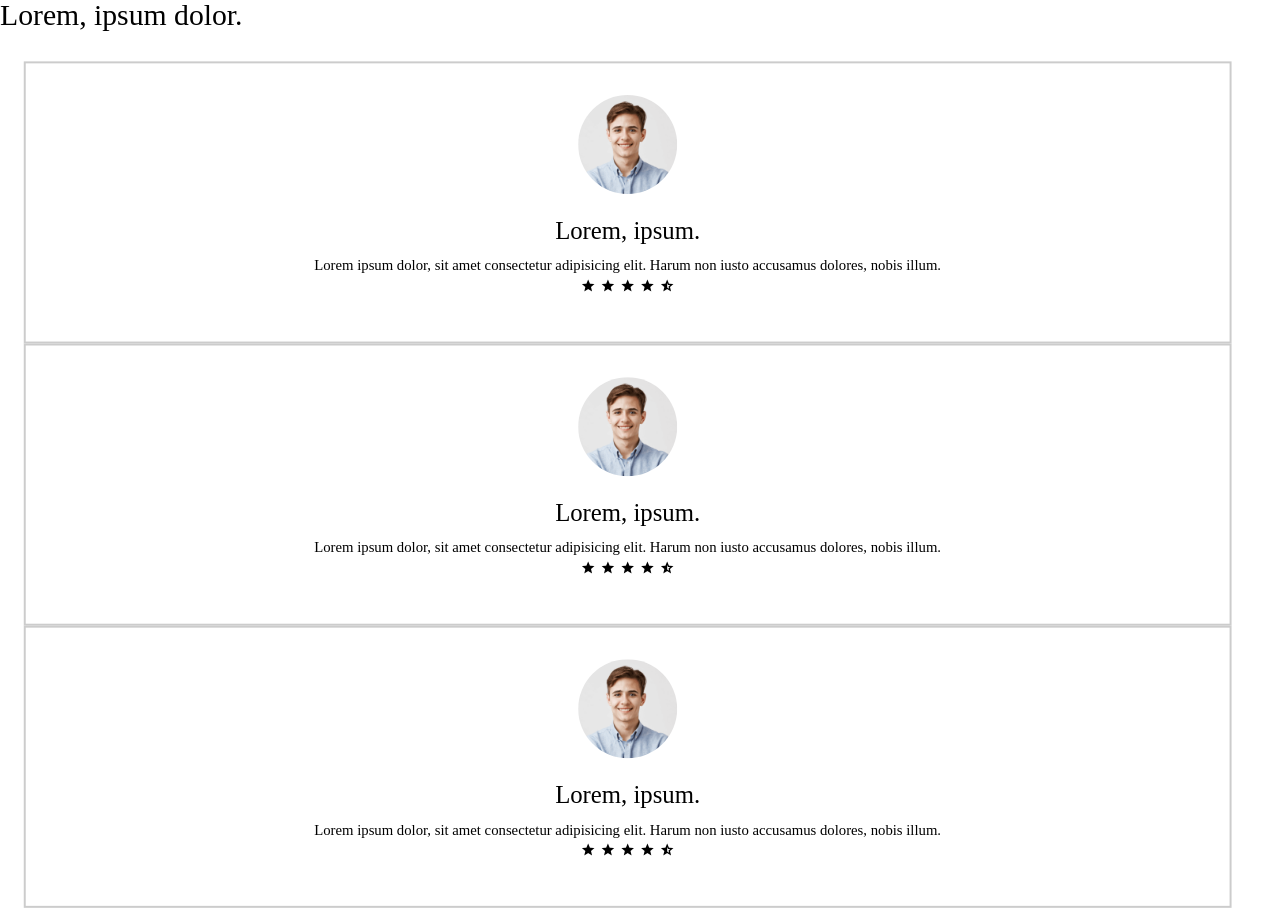
Repository: dinhhaidh/slider-3
Page: index.html
An editor plug-in stored every save of this project. The page is shown before and after the next save, followed by the edit.
The browser window is 1280 px wide. The pictures show the whole page, at 99% of full size.

Above is the page before, as saved 2024-03-22 21:54:22.

After the next save:
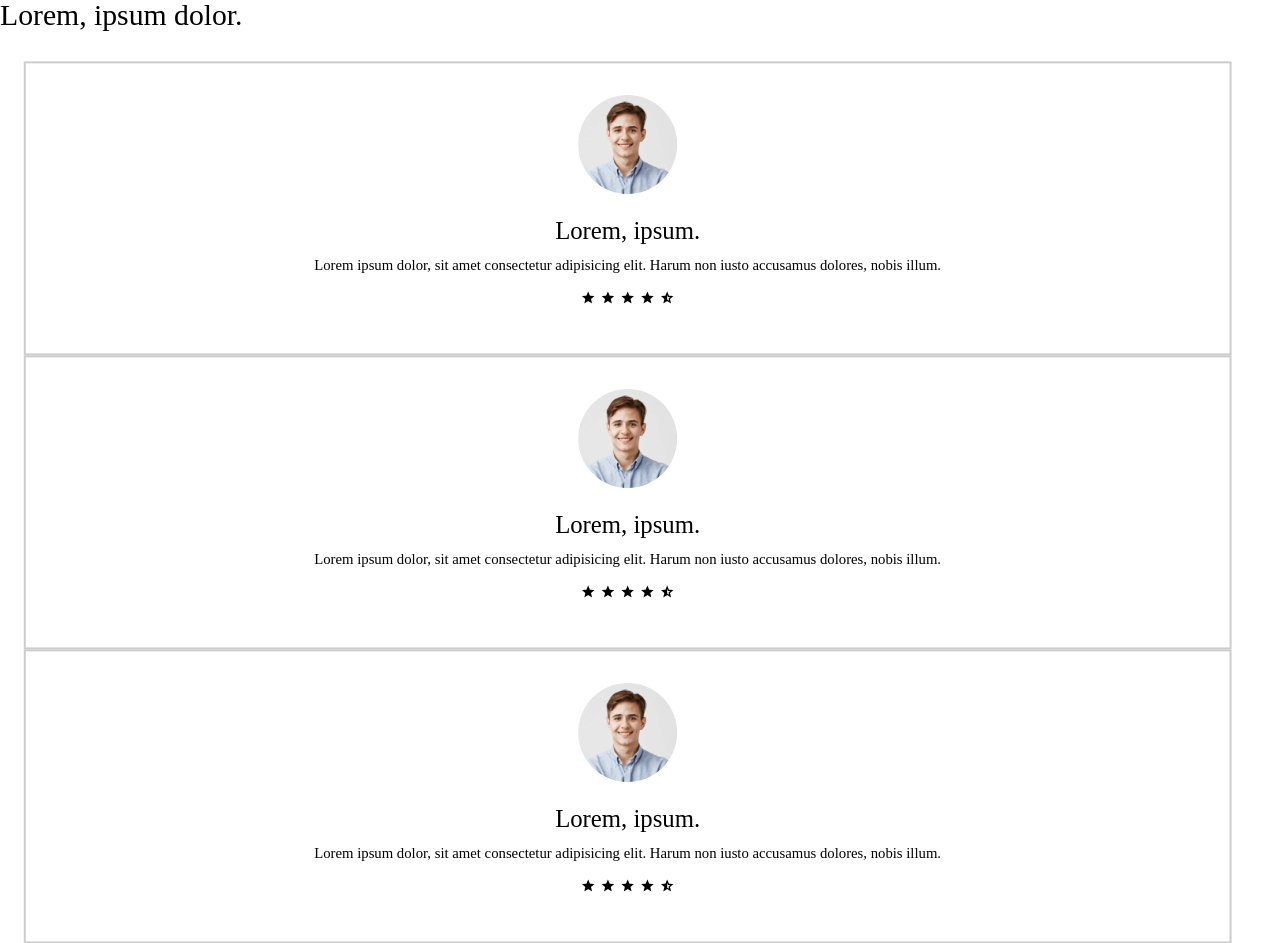
Saved 12 s later.
--- a/css/style.css
+++ b/css/style.css
@@ -63,7 +63,7 @@ body {
 }
 .new__description{
   font-size: 0.93rem;
-  margin-bottom: 0.25rem;
+  margin-bottom: 1rem;
 }
 .new__stars{
 
